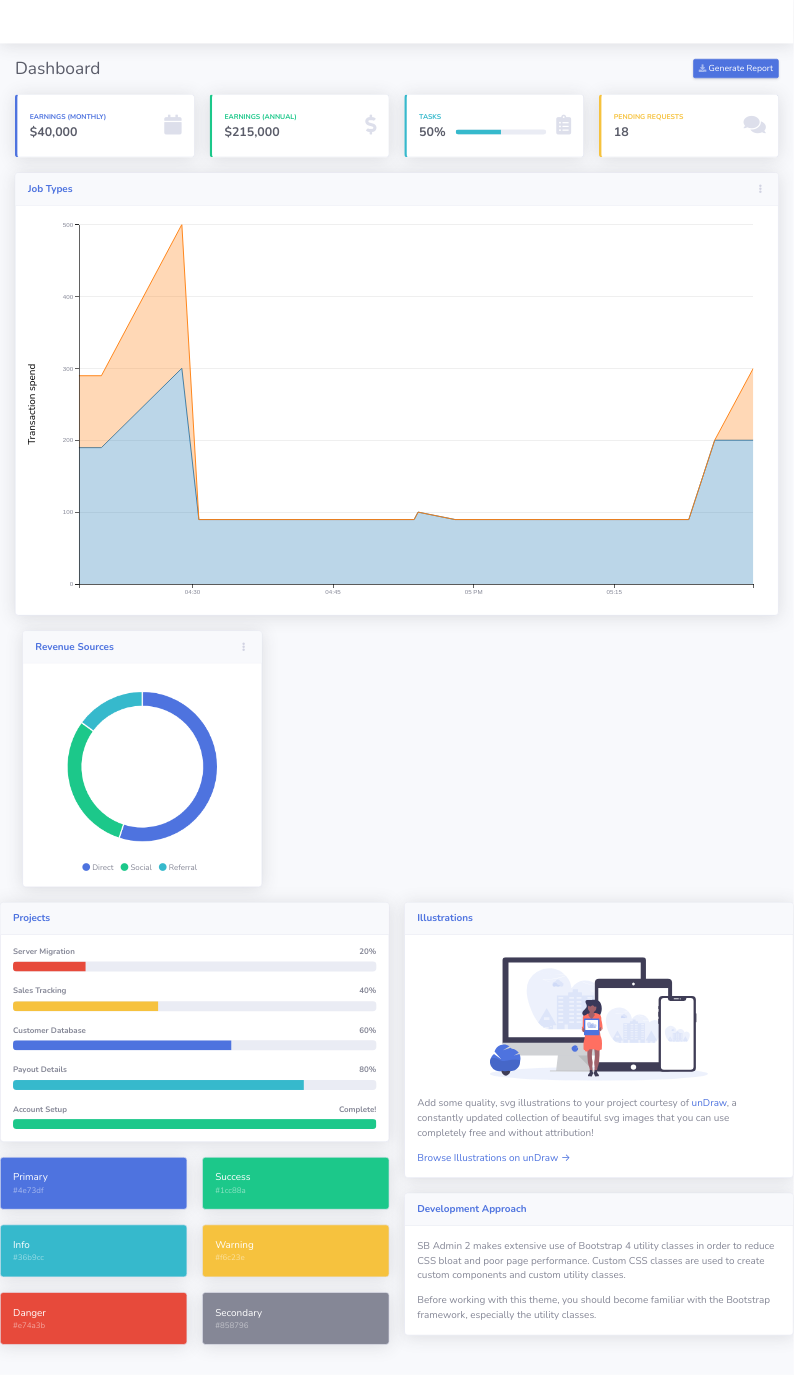
Repository: fLavery/NodeDashboard
Page: index.html
The author's editor kept a record of every edit. The page is drawn from the files as they stood at one moment, then again after the next edit.
The browser window is 1280 px wide. The pictures show the whole page, at 62% of full size.

Above is the page before.
Console error: TypeError: Cannot read properties of null (reading 'length')

After the next edit:
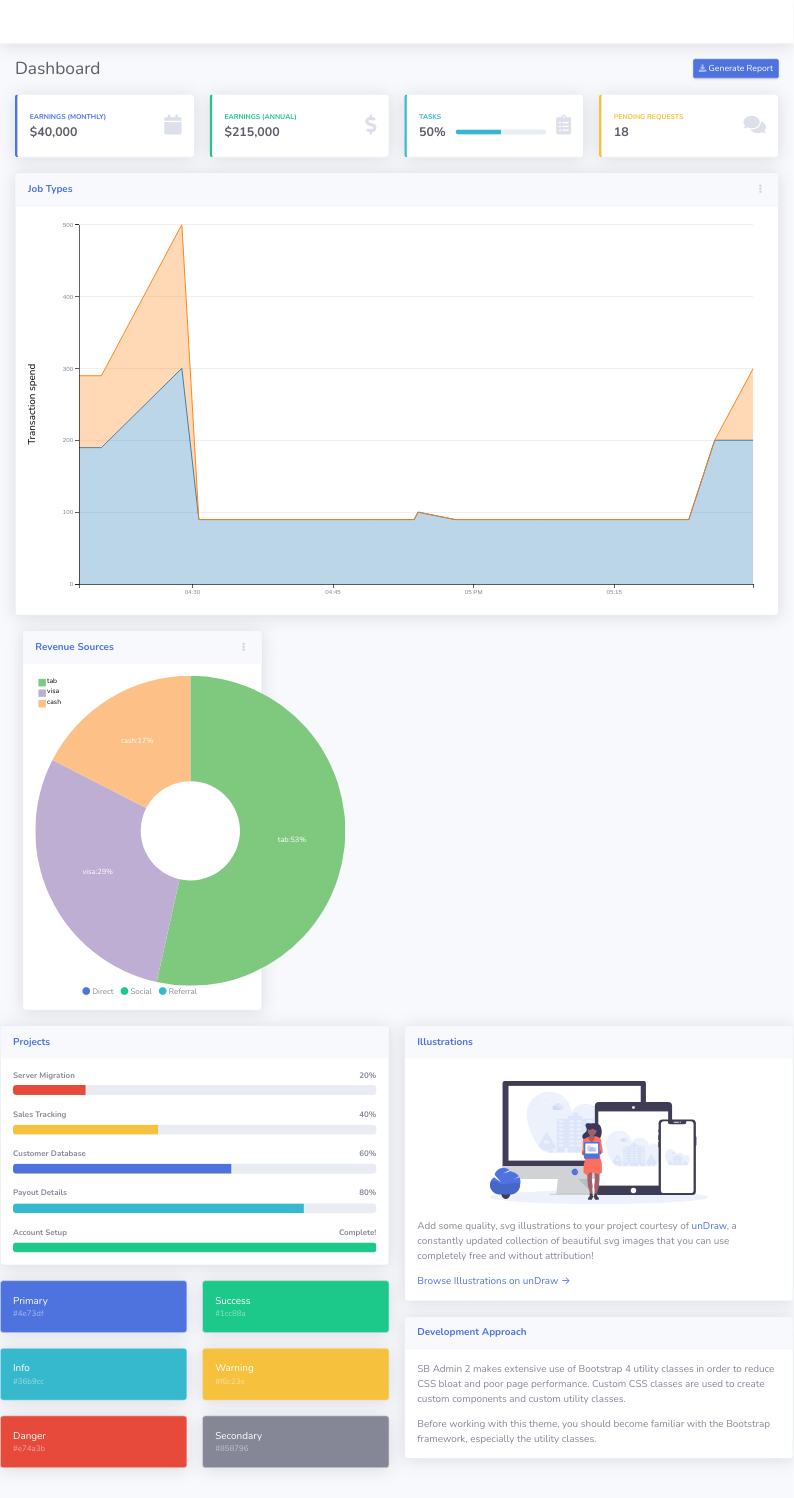
The edit:
--- a/index.html
+++ b/index.html
@@ -293,9 +293,96 @@
                 </div>
                 <!-- Card Body -->
                 <div class="card-body">
-                  <div class="chart-pie pt-4 pb-2">
-                    <canvas id="myPieChart"></canvas>
-                  </div>
+                   <div id="piechart"></div>
+
+                  <script type="text/javascript">
+                    //Allows user frindly output of Objects in Console
+                    function print_filter(filter) {
+                      var f = eval(filter);
+                      if (typeof(f.length) != "undefined") {}
+                      else {}
+                      if (typeof(f.top) != "undefined") { f = f.top(Infinity); }
+                      else {}
+                      if (typeof(f.dimension) != "undefined") { f = f.dimension(function(d) { return ""; }).top(Infinity); }
+                      else {}
+                      console.log(filter + "(" + f.length + ") = " + JSON.stringify(f).replace("[", "[\n\t").replace(/}\,/g, "},\n\t").replace("]", "\n]"));
+                    }
+
+                    var data = [
+                      { date: "2011-11-14T16:17:54Z", quantity: 2, total: 190, tip: 100, type: "tab" },
+                      { date: "2011-11-14T16:20:19Z", quantity: 2, total: 190, tip: 100, type: "tab" },
+                      { date: "2011-11-14T16:28:54Z", quantity: 1, total: 300, tip: 200, type: "visa" },
+                      { date: "2011-11-14T16:30:43Z", quantity: 2, total: 90, tip: 0, type: "tab" },
+                      { date: "2011-11-14T16:48:46Z", quantity: 2, total: 90, tip: 0, type: "tab" },
+                      { date: "2011-11-14T16:53:41Z", quantity: 2, total: 90, tip: 0, type: "tab" },
+                      { date: "2011-11-14T16:54:06Z", quantity: 1, total: 100, tip: 0, type: "cash" },
+                      { date: "2011-11-14T16:58:03Z", quantity: 2, total: 90, tip: 0, type: "tab" },
+                      { date: "2011-11-14T17:07:21Z", quantity: 2, total: 90, tip: 0, type: "tab" },
+                      { date: "2011-11-14T17:22:59Z", quantity: 2, total: 90, tip: 0, type: "tab" },
+                      { date: "2011-11-14T17:25:45Z", quantity: 2, total: 200, tip: 0, type: "cash" },
+                      { date: "2011-11-14T17:29:52Z", quantity: 1, total: 200, tip: 100, type: "visa" }
+                    ]
+
+                    data.forEach(function(d) {
+                      var tempDate = new Date(d.date); //changing date from string to date
+                      d.date = tempDate;
+                    })
+
+
+                    //CROSSFILTER
+                    var facts = crossfilter(data); //filter the data
+                    var all = facts.groupAll();
+                    var sumTotal = all.reduceSum(function(d) { return d.total; }).value(); //get percentages for pie chart
+                    var typeDimension = facts.dimension(function(d) { console.log(d.type); return d.type; });
+                    //access facts with CF dimension and then function which returns objects
+                    var typeGroup = typeDimension.group().reduceSum(function(d) { return d.total; }); //reduceSum allows access to all data points
+
+                    //plot totals instead of types with new dimension (x axis)
+                    var totalDimension = facts.dimension(function(d) { return d.total; });
+                    var totalGroup = totalDimension.group(function(d) { return Math.floor(d / 100) * 100; }); //function buckets the data (y axis)//Math.floor = round down, MAth.ceiling = round
+
+                    var dateDimension = facts.dimension(function(d) { return d.date; }); //for line chart
+                    var dateGroup = dateDimension.group().reduceSum(function(d) { return d.total; });
+                    var dateGroupTip = dateDimension.group().reduceSum(function(d) { return d.tip; });
+
+
+                    var minDate = dateDimension.bottom(1)[0].date; //set minimum and max
+                    var maxDate = dateDimension.top(1)[0].date;
+
+
+
+                    //Chart settings
+
+                    var pieChart = dc.pieChart("#piechart")
+                      .height(500)
+                      .width(500)
+                      .radius(300) //general size of pie chart
+                      .innerRadius(80) //doughnut piechart
+
+                      .title(function(d) { return d.key + ': $' + d.value; }) //hover add $
+                      .colors(d3.scaleOrdinal(d3.schemeAccent))
+                      .label(function(d) { return d.key + ':' + Math.round((d.value / sumTotal) * 100, 0) + '%'; }) //percentage hover label
+                      //.margins({top:10,bottom:30,right:10,left:50})
+                      .dimension(typeDimension)
+                      .group(typeGroup)
+                      //.stack(dateGroupTip, "Tip")
+                      //.renderHorizontalGridLines(true)//grid lines
+                      //.renderArea(true)//fill area
+                      .legend(dc.legend().x(5).y(5).itemHeight(12).gap(5)) //DC specific class for legends
+                    //.x(d3.scaleTime().domain([minDate,maxDate]))
+                    //.yAxisLabel("Transaction spend");
+                    //.x(d3.scaleLinear().domain([0,400]))//scaling for non strings bar chart
+                    //.x(d3.scaleOrdinal().domain(['cash','tab','visa'])) //scaling for strings with ordinal
+                    //.xUnits(dc.units.ordinal) // tell dc its an ordinal scale
+                    //.centerBar(true)//centers bars for linear
+                    //.xUnits(dc.units.fp.precision(100))//fattens up bars for linear scale
+                    //.barPadding(0.5)//inner bar gaps
+                    //.outerPadding(10)//outer padding on bars
+                    //lineChart.yAxis().ticks(4);//number of integer marked along the left
+                    //lineChart.xAxis().ticks(4);
+
+                    dc.renderAll(); //render Chart
+                  </script>
                   <div class="mt-4 text-center small">
                     <span class="mr-2">
                       <i class="fas fa-circle text-primary"></i> Direct
